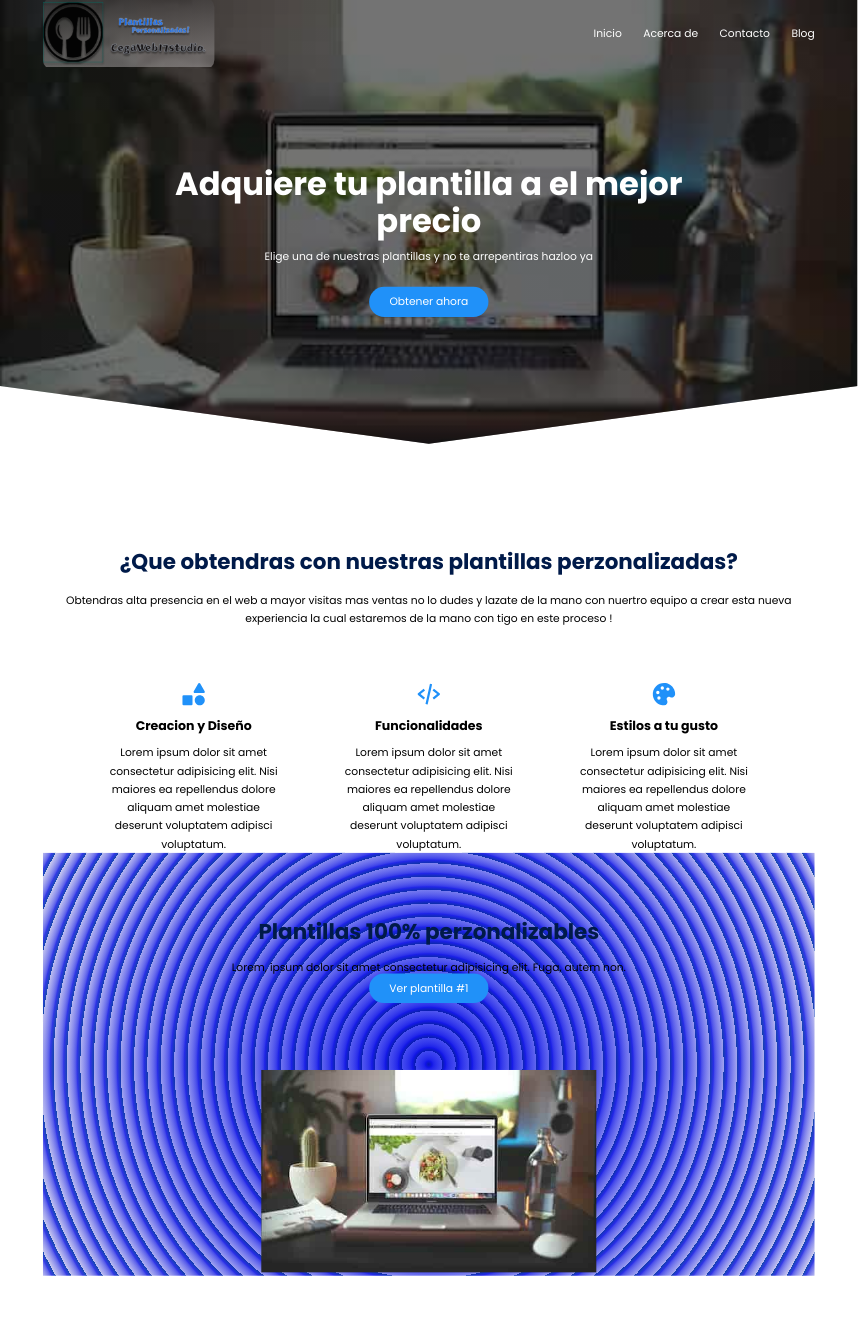
Repository: cega17/una-pagina-web
Page: index.html
The author's editor kept a copy of each file at every save. The page is drawn from the files as they stood at one save, then again after the next save.
The browser window is 1280 px wide. The pictures show the whole page, at 67% of full size.

Above is the page before, as saved 2023-10-30 00:07:10.

### index.html
<!DOCTYPE html>
<html lang="en">
<head>
    <meta charset="UTF-8">
    <meta http-equiv="X-UA-Compatible" content="IE=edge">
    <meta name="viewport" content="width=device-width, initial-scale=1.0">
    <title>Una pagina web</title>
    <link rel="stylesheet" href="./css/normalize.css">
    <link rel="stylesheet" href="./css/styles.css">
    <link rel="icon" href="./imgs/logo.ico">
    <meta name="theme-color" content="#2091F9">

    <meta name="title" content="Obten la plantilla para tu negocio">
    <meta name="description"
        content="Hola, somos un equipo de desarrollo web que verás cuando busques algo de mi temática en Google.">
        <meta property="og:type" content="website">
    <meta property="og:url" content="Tu cueta donde este alojada la pagina web">

</head>
<body>

    <header class="hero">
        <nav class="nav container">
            <div class="nav__logo">
                <img src="./imgs/logo.ico" alt="" class="nav__title">
            </div>

            <ul class="nav__link nav__link--menu">
                <li class="nav__items">Inicio</li>
                <li class="nav__items">Acerca de</li>
                <li class="nav__items">Contacto</li>
                <li class="nav__items">Blog</li>

                <img src="./imgs/close.svg" alt="" class="nav__close">

            </ul>
            <div class="nav__menu">
                <img src="./imgs/menu.svg" alt="" class="nav__img">
            </div>
        </nav>

        <section class="hero__container container">
            <h1 class="hero__title">Adquiere tu plantilla a el mejor precio</h1>
            <p class="hero__paragraph">Elige una de nuestras plantillas y no te arrepentiras hazloo ya</p>
            <a href="#" class="cta">Obtener ahora</a>

        </section>

    </header>

    <main>

        <section class="container about">
            <h2 class="subtitle">¿Que obtendras con nuestras plantillas perzonalizadas?</h2>

            <p class="about__paragraph">Obtendras alta presencia en el web a mayor visitas mas ventas no lo dudes y lazate de la mano con nuertro equipo a crear esta nueva experiencia la cual estaremos de la mano con tigo en este proceso !
            </p>

            <div class="about__main">

                <article class="about__icons">
                    <img src="./imgs/shapes.svg" alt="" class="about__icon">
                    <h3 class="about__title">Creacion y Diseño</h3>
                    <p class="about__paragraph">Lorem ipsum dolor sit amet consectetur adipisicing elit. Nisi maiores ea repellendus dolore aliquam amet molestiae deserunt voluptatem adipisci voluptatum.</p>
                </article>

                <article class="about__icons">
                    <img src="./imgs/code.svg" alt="" class="about__icon">
                    <h3 class="about__title">Funcionalidades</h3>
                    <p class="about__paragraph">Lorem ipsum dolor sit amet consectetur adipisicing elit. Nisi maiores ea repellendus dolore aliquam amet molestiae deserunt voluptatem adipisci voluptatum.</p>
                </article>

                <article class="about__icons">
                    <img src="./imgs/paint.svg" alt="" class="about__icon">
                    <h3 class="about__title">Estilos a tu gusto </h3>
                    <p class="about__paragraph">Lorem ipsum dolor sit amet consectetur adipisicing elit. Nisi maiores ea repellendus dolore aliquam amet molestiae deserunt voluptatem adipisci voluptatum.</p>
                </article>

            </div>

            <section class="knowledge">
                <div class="knowledge__container container">
                    <div class="knowledge__texts">
                        <h2 class="subtitle">Plantillas 100% perzonalizables</h2>
                        <p class="knowledge__paragraph">Lorem, ipsum dolor sit amet consectetur adipisicing elit. Fuga, autem non.</p>
                        <a href="" class="cta">Ver plantilla #1</a>
                    </div>
                </div>
                <figure class="knowledge__picture">
                    <img src="./imgs/fondo-una-pagina.jpg" class="knowledge__img" alt="">

                </figure>
            </section>
        </section>
    </main>

</body>
</html>

### css/styles.css
@import url('https://fonts.googleapis.com/css2?family=Poppins:wght@300;400;600;700&display=swap');

:root {
    --padding-container: 100px 0;
    --color-title: #001A49;
}

body {
    font-family: 'Poppins', sans-serif;
}
.container{
    width: 90%;
    max-width: 1200px;
    margin: 0 auto;
    overflow: hidden;
    padding: var(--padding-container);
}

.hero{

    width: 100%;
    height: 100vh;
    min-height: 600px;
    max-height: 800px;
    position: relative;
    display: grid;
    grid-template-rows: 100px 1fr;
    color: #fff;
}

.hero::before{
    content: "";
    position: absolute;
    top: 0;
    left: 0;
    width: 100%;
    height: 100%;
    background-image: linear-gradient(180deg, #0000008c 0%, #0000008c 100%), url('../imgs/fondo-una-pagina.jpg');
    background-size: cover;
    clip-path: polygon(0 0, 100% 0, 100% 80%, 50% 92%, 0 80%);
    z-index: -1;
}

/* Inicio de nav*/

.nav{
    --padding-container:0;
    height: 100%;
    display:flex;
    align-items: center;
}
.nav__title{
    font-weight: 300;
}

.nav__link{
    margin-left: auto;
    padding: 0;
    display: grid;
    grid-auto-flow: column;
    grid-auto-columns: max-content;
    gap: 2em;
}
.nav__items{
    list-style: none;
}
.nav__links{
    color:#fff;
    text-decoration: none;
}
.nav__menu{
    margin-left: auto;
    cursor: pointer;
    display:none;
}
.nav__img{
    display: block;
    width: 30px;
}
.nav__close{
    display: var(--show, none);
}

/* fin de nav */

/* Inicio hero container */

.hero__container{
    max-width: 800px;
    --padding-container:0;
    display: grid;
    grid-auto-rows: max-content;
    align-content: center;
    gap: 1em;
    padding-bottom: 100px;
    text-align: center;
}
.nav__logo{
    background:linear-gradient(180deg, #4441418c 0%, #aeaaaa84 100%);
    border-radius:15px;


}
.hero__title{
    font-size: 3rem;

}
.hero__paragraph{
    margin-bottom: 20px;

}
.cta{
    display: inline-block;
    background-color: #2091f9;
    justify-self: center;
    color:#fff;
    text-decoration: none;
    padding:13px 30px ;
    border-radius: 32px;
}

/* Inicio about */

.about{
    text-align: center;
}
.subtitle{
    color: var( --color-title);
    font-size: 2rem;
    margin-bottom: 25px;
}
.about__paragraph{
    line-height: 1.7;
}
.about__main{
    padding-top: 80px;
    display: grid;
    width: 90%;
    margin: 0 auto;
    gap: 1em;
    overflow: hidden;
    grid-template-columns: repeat(auto-fit, minmax(260px, auto));
}
.about__icons{
    display: grid;
    gap: 1em;
    justify-items: center;
    width: 260px;
    overflow: hidden;
    margin: 0 auto;
}
.about__icon{
    width: 40px;
}

/* Fin about */

/* Inicio knowledge */

.knowledge{
    background-color: #e5e5f7;
    background-image: radial-gradient(circle at center center, #444cf7, #e5e5f7), repeating-radial-gradient(circle at center center, #1e5fba, #444cf7, 10px, transparent 20px, transparent 10px);
    background-blend-mode: multiply;
    overflow: hidden;
}

### imgs/close.svg
<svg xmlns="http://www.w3.org/2000/svg" width="24" height="24" viewBox="0 0 24 24" style="fill: #fff);transform: ;msFilter:;"><path d="M12 2C6.486 2 2 6.486 2 12s4.486 10 10 10 10-4.486 10-10S17.514 2 12 2zm4.207 12.793-1.414 1.414L12 13.414l-2.793 2.793-1.414-1.414L10.586 12 7.793 9.207l1.414-1.414L12 10.586l2.793-2.793 1.414 1.414L13.414 12l2.793 2.793z"></path></svg>

### imgs/menu.svg
<svg xmlns="http://www.w3.org/2000/svg" width="24" height="24" viewBox="0 0 24 24" style="fill: #fff);transform: ;msFilter:;"><path d="M4 6h16v2H4zm4 5h12v2H8zm5 5h7v2h-7z"></path></svg>

### imgs/shapes.svg
<svg xmlns="http://www.w3.org/2000/svg" width="24" height="24" viewBox="0 0 24 24" style="fill: #2091f9;transform: ;msFilter:;"><path d="M17.867 2.504c-.355-.624-1.381-.623-1.736 0l-3.999 7A1 1 0 0 0 13 11h8a1.001 1.001 0 0 0 .868-1.496l-4.001-7zM3 22h7a1 1 0 0 0 1-1v-7a1 1 0 0 0-1-1H3a1 1 0 0 0-1 1v7a1 1 0 0 0 1 1zm14.5-9c-2.481 0-4.5 2.019-4.5 4.5s2.019 4.5 4.5 4.5 4.5-2.019 4.5-4.5-2.019-4.5-4.5-4.5z"></path></svg>

### imgs/code.svg
<svg xmlns="http://www.w3.org/2000/svg" width="24" height="24" viewBox="0 0 24 24" style="fill:  #2091f9;transform: ;msFilter:;"><path d="m7.375 16.781 1.25-1.562L4.601 12l4.024-3.219-1.25-1.562-5 4a1 1 0 0 0 0 1.562l5 4zm9.25-9.562-1.25 1.562L19.399 12l-4.024 3.219 1.25 1.562 5-4a1 1 0 0 0 0-1.562l-5-4zm-1.649-4.003-4 18-1.953-.434 4-18z"></path></svg>

### imgs/paint.svg
<svg xmlns="http://www.w3.org/2000/svg" width="24" height="24" viewBox="0 0 24 24" style="fill:  #2091f9;transform: ;msFilter:;"><path d="M9.38 21.646A9.985 9.985 0 0 0 12 22l.141-.001a2.998 2.998 0 0 0 2.515-1.425c.542-.876.6-1.953.153-2.88l-.198-.415c-.453-.942-.097-1.796.388-2.281.485-.485 1.341-.841 2.28-.388h.001l.413.199a2.99 2.99 0 0 0 2.881-.153A2.997 2.997 0 0 0 22 12.141a9.926 9.926 0 0 0-.353-2.76c-1.038-3.827-4.353-6.754-8.246-7.285-3.149-.427-6.241.602-8.471 2.833S1.666 10.247 2.096 13.4c.53 3.894 3.458 7.208 7.284 8.246zM15.5 6a1.5 1.5 0 1 1 0 3 1.5 1.5 0 0 1 0-3zm-5-1a1.5 1.5 0 1 1 0 3 1.5 1.5 0 0 1 0-3zM9 15.506a1.5 1.5 0 1 1-3 0 1.5 1.5 0 0 1 3 0zm-2.5-6.5a1.5 1.5 0 1 1-.001 3.001A1.5 1.5 0 0 1 6.5 9.006z"></path></svg>

Loaded but not shown: css/normalize.css (library)

After the next save:
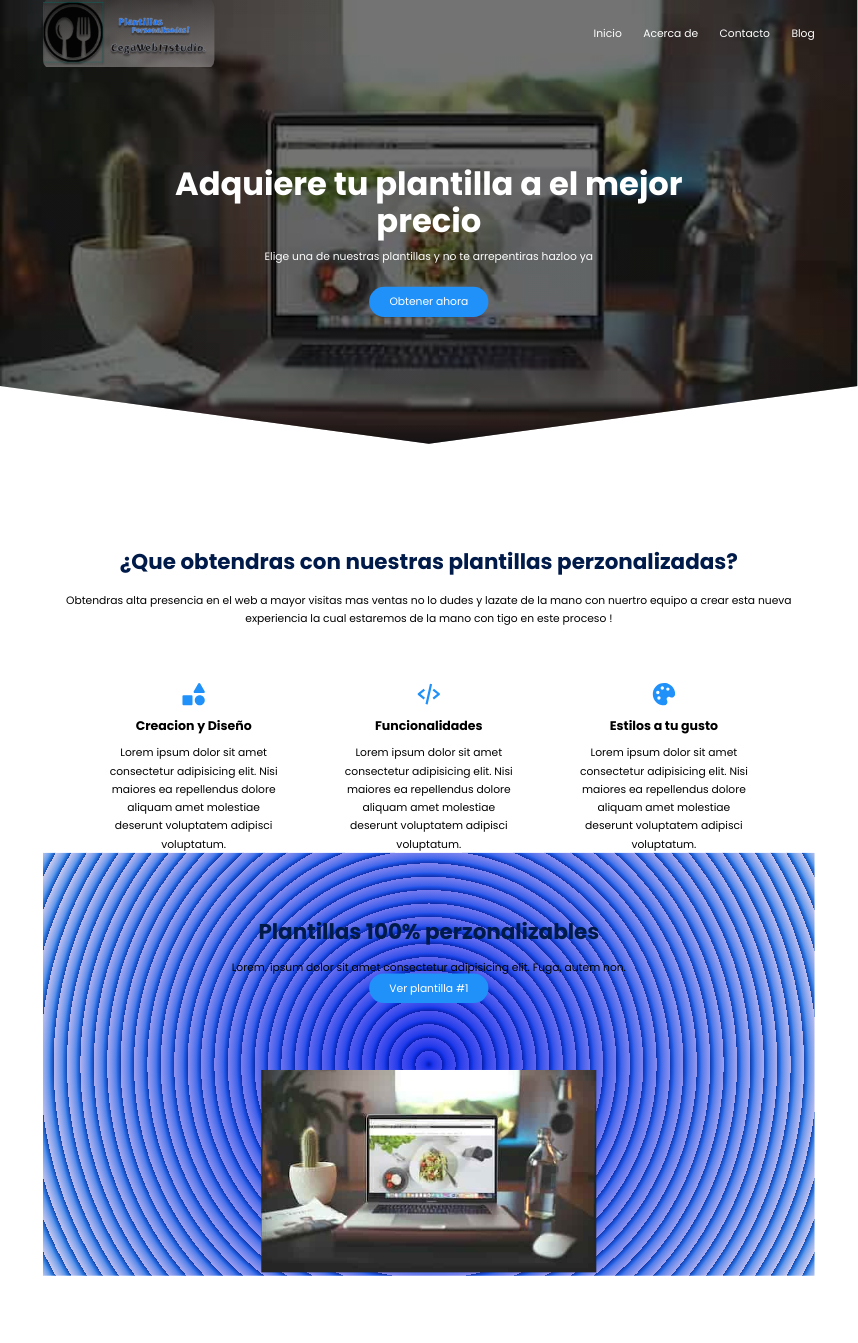
Saved 19 s later.
--- a/css/styles.css
+++ b/css/styles.css
@@ -159,7 +159,7 @@ body {
 
 .knowledge{
     background-color: #e5e5f7;
-    background-image: radial-gradient(circle at center center, #444cf7, #e5e5f7), repeating-radial-gradient(circle at center center, #1e5fba, #444cf7, 10px, transparent 20px, transparent 10px);
+    background-image: radial-gradient(circle at center center, #444cf7, #e5e5f7), repeating-radial-gradient(circle at center center, #1e5fba, #44a9f7, 10px, transparent 20px, transparent 10px);
     background-blend-mode: multiply;
     overflow: hidden;
 }
